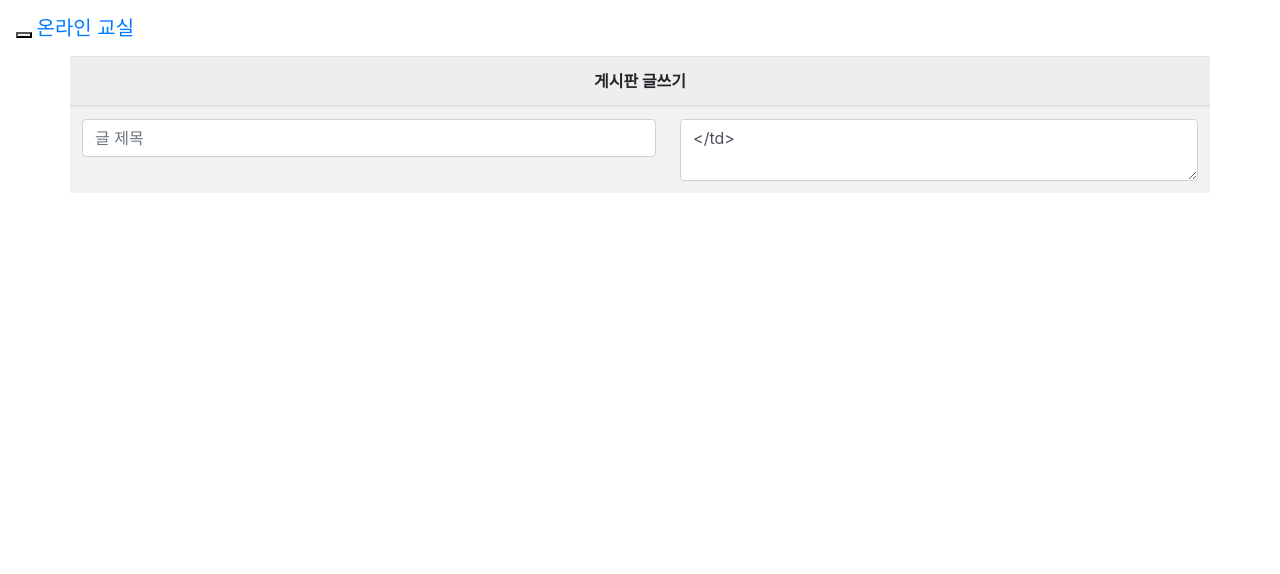
Repository: Munro-L/I-spy-oT__cuHacking-2019
Page: http://localhost/BBS/write.jsp
The author's editor kept a copy of each file at every save. The page is drawn from the files as they stood at one save, then again after the next save.
The browser window is 1280 px wide. The pictures show the whole page.
The page is served by Tomcat 9.

Above is the page before, as saved 2019-02-02 04:18:59.

After the next save:
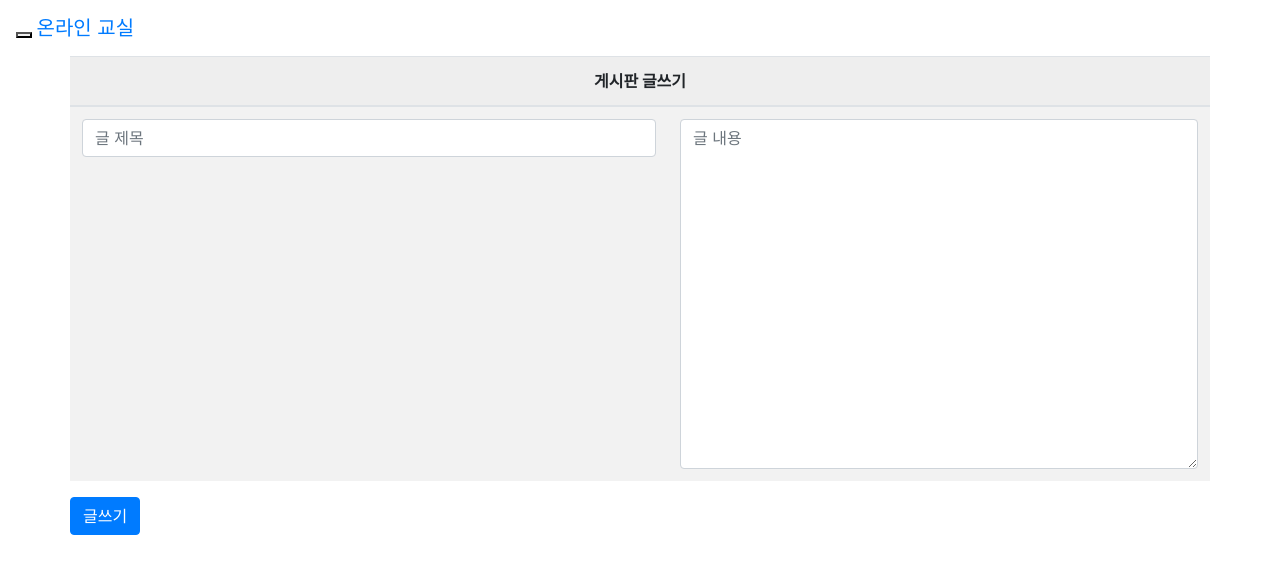
Saved 31 s later.
--- a/BBS-master/projects/BBS/WebContent/write.jsp
+++ b/BBS-master/projects/BBS/WebContent/write.jsp
@@ -78,7 +78,7 @@
 					<tbody>
 						<tr>
 							<td><input type="text" class="form-control" placeholder="글 제목" name="bbsTitle" maxlength="50"></td>
-							<td><textarea type="text" class="form-control" placeholder="글 내용" name="bbsContent" maxlength="2048"></td>
+							<td><textarea type="text" class="form-control" placeholder="글 내용" name="bbsContent" maxlength="2048" style="height:350px"></textarea></td>
 
 						</tr>
 					</tbody>
